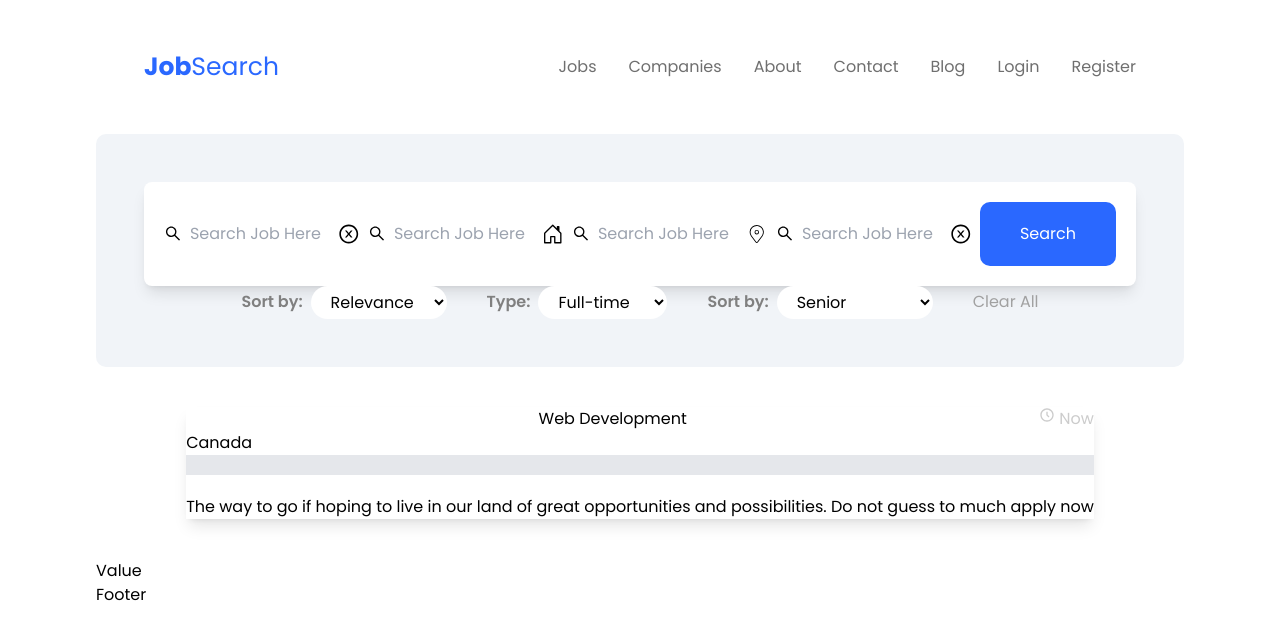
Repository: countaustin1990/Job-Search-website
Page: / (app in vite-project/)
An editor plug-in stored every save of this project. The page is shown before and after the next save, followed by the edit.
The browser window is 1280 px wide. The pictures show the whole page.
The project was rebuilt for these pictures with package versions that can differ from the ones it lists, and the page was loaded fresh each time. Also part of the build but not shown: vite-project/vite.config.js.

Above is the page before, as saved 2023-08-12 18:53:00.

After the next save:
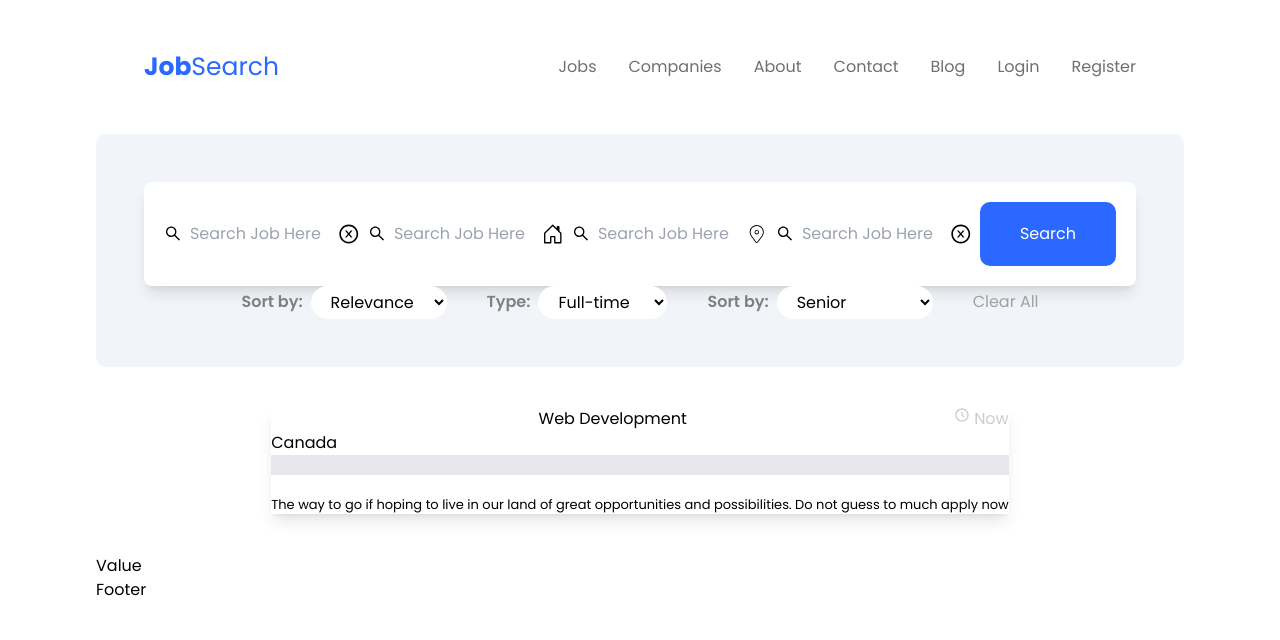
Saved 64 s later.
--- a/vite-project/src/components/Job.jsx
+++ b/vite-project/src/components/Job.jsx
@@ -17,7 +17,7 @@ import { BiTimeFive } from 'react-icons/bi'
 
                     <h6 className='text-[#ccc]'/>Canada
 
-                    <p className='text-[13px text-[#95959 pt-[20px] border-t-[20px] group-hover:text-white'>
+                    <p className='text-[13px] text-[#95959] pt-[20px] border-t-[20px] group-hover:text-white'>
                         The way to go if hoping to live in our land of great opportunities and possibilities. Do not guess to much apply now
 
                     </p>
